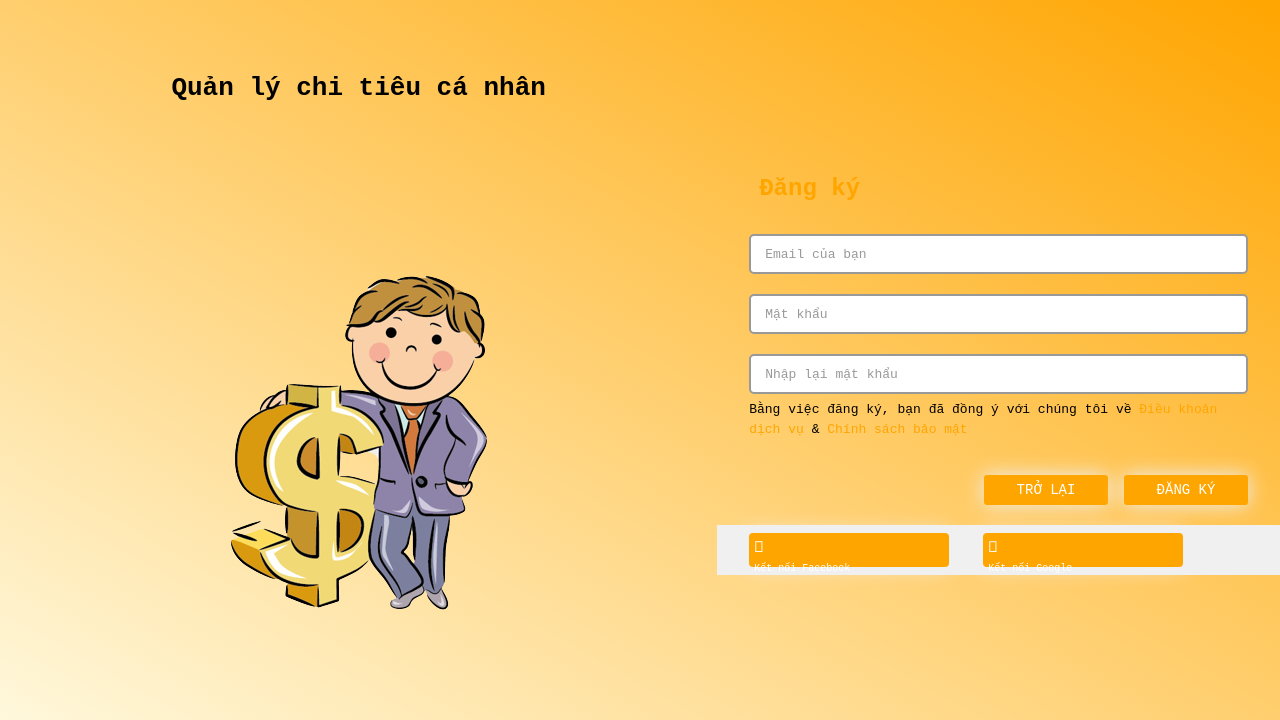
Repository: ximvhs/sochitieu
Page: login.html
An editor plug-in stored every save of this project. The page is shown before and after the next save, followed by the edit.
The browser window is 1280 px wide. The pictures show the whole page.
Some web fonts or font styles are not loaded; a fallback is used.

Above is the page before, as saved 2023-04-05 10:07:46.

After the next save:
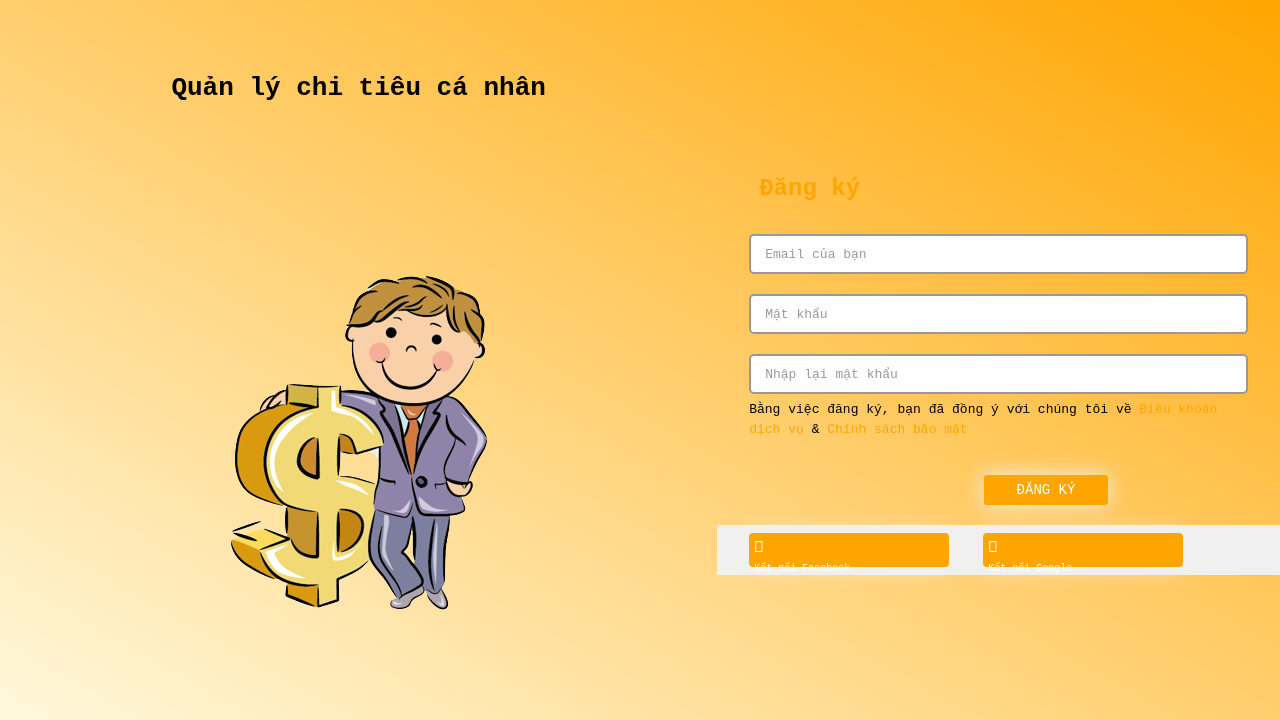
Saved 41 s later.
--- a/login.html
+++ b/login.html
@@ -58,7 +58,6 @@
                                 </p>
                             </div>
                             <div class="auth-form__controls">
-                                <button class="btn btn--normal auth-form__controls--back js-close">TRỞ LẠI</button>
                                 <button class="btn btn--normal btn--primary">ĐĂNG KÝ</button>
                             </div>
                         </div>
